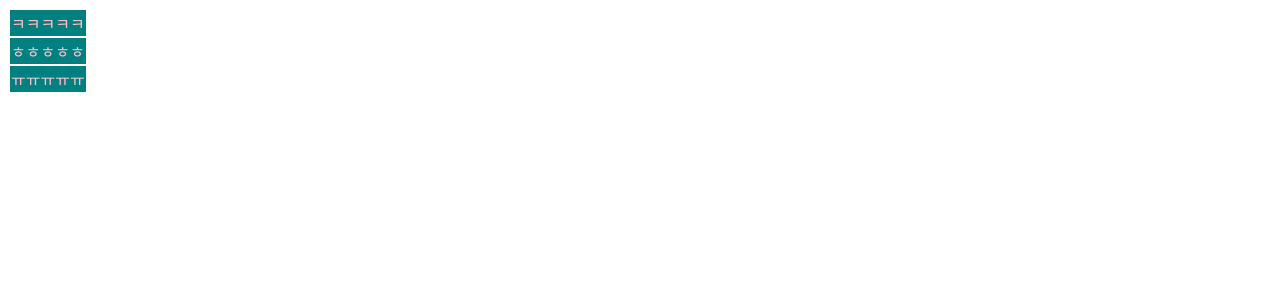
Repository: womss/sexyguy
Page: Spring/Feb13_1_jQuery/WebContent/5_Example.html
These files come from the project's save history. The page is drawn as it stood at one moment and after the next save; the edit follows.
The browser window is 1280 px wide. The pictures show the whole page.

Above is the page before, as saved 2025-02-13 07:17:23.

### Spring/Feb13_1_jQuery/WebContent/5_Example.html
<!DOCTYPE html>
<html>
<head>
<meta charset="UTF-8">
<title>Insert title here</title>
<style type="text/css">

</style>
<script type="text/javascript" src="jQuery.js"></script>
<script type="text/javascript">
	$(function() {
		// ㅋㅋㅋㅋㅋ => 글자색 : green / 배경색 : red
		// ㅎㅎㅎㅎㅎ => 글자색 : yellow / 배경색 : blue
		// ㅠㅠㅠㅠㅠ => 글자색 : pink / 배경색 : teal

		$("td").each(function(i, t) {
			$(t).css("color", "green").css("background-color", "red");
			$(t).css("color", "yellow").css("background-color", "blue");
			$(t).css("color", "pink").css("background-color", "teal");
		});

	});
</script>
</head>
<body>
	<table>
		<tr>
			<td>ㅋㅋㅋㅋㅋ</td>
		</tr>
		<tr>
			<td>ㅎㅎㅎㅎㅎ</td>
		</tr>
		<tr>
			<td>ㅠㅠㅠㅠㅠ</td>
		</tr>
	</table>
</body>
</html>

Loaded but not shown: Spring/Feb13_1_jQuery/WebContent/jQuery.js (library)

After the next save:
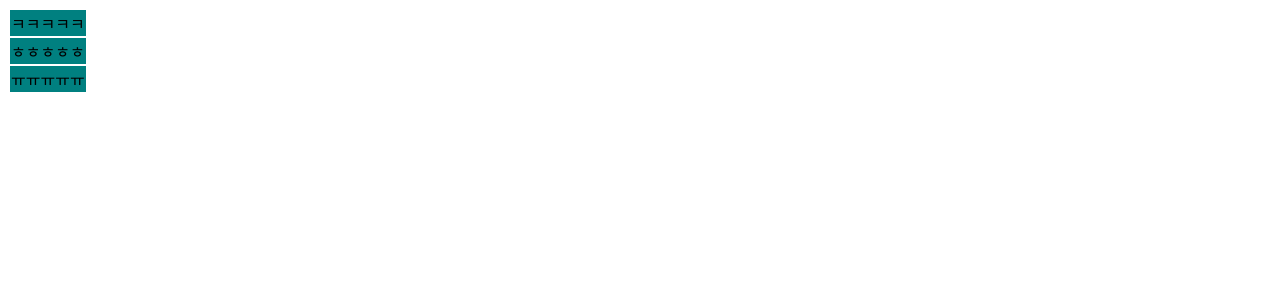
Saved 40 s later.
--- a/Spring/Feb13_1_jQuery/WebContent/5_Example.html
+++ b/Spring/Feb13_1_jQuery/WebContent/5_Example.html
@@ -14,9 +14,9 @@
 		// ㅠㅠㅠㅠㅠ => 글자색 : pink / 배경색 : teal
 
 		$("td").each(function(i, t) {
-			$(t).css("color", "green").css("background-color", "red");
-			$(t).css("color", "yellow").css("background-color", "blue");
-			$(t).css("color", "pink").css("background-color", "teal");
+			$(t).css("background-color", "red");
+			$(t).css("background-color", "blue");
+			$(t).css("background-color", "teal");
 		});
 
 	});
